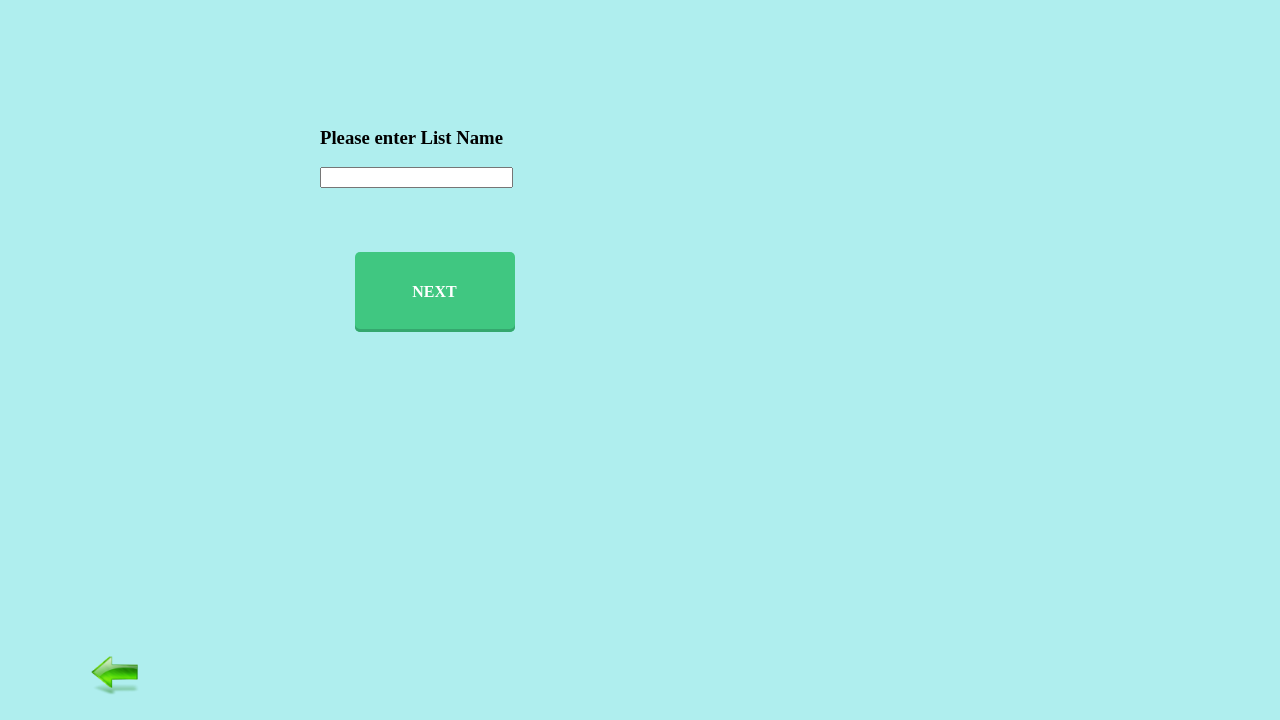
Repository: Artem-Brunov/msu_prac
Page: workspace/BasicUI/NewWithoutTr.html
The author's editor kept a copy of each file at every save. The page is drawn from the files as they stood at one save, then again after the next save.
The browser window is 1280 px wide. The pictures show the whole page.

Above is the page before, as saved 2017-12-26 19:10:44.

### workspace/BasicUI/NewWithoutTr.html
<!DOCTYPE html>
<html>
<head>
  <meta charset="utf-8" />
    <meta name="viewport" content="width=device-width, initial-scale=1.0, maximum-scale=1.0">
    <meta name="description" content="Tizen Mobile Web Basic Template" />

    <title>Tizen Mobile Web Basic Application</title>
    <link rel="stylesheet" type="text/css" href="css/NewPlaylist.css" />
    <link rel="stylesheet" type="text/css" href="css/style.css" />
</head>
<body>
<div class = "listn">
	<form name="test">
  		<h3>Please enter List Name</h3>
  		<p>
   			<input type="text" size="21">
  		</p>
 </div>

 	</form>

	<div class = "Add">
		<a href = "" class = "first_button">NEXT</a>
	</div>
	<div class = "BBack">
			<a href = "NewSettings.html"><img src="images/Back.png" width="50"
  height="50" alt="One step back"></a>
	</div>
</body>
</html>

### workspace/BasicUI/css/NewPlaylist.css
.Return {
	position: absolute;
  	top: 24%;
  	left:50%;

}
.Add {
	position: absolute;
  	top: 35%;
  	left: 27.7%;
}
.listn {
	position: absolute;
  	top: 15%;
  	left: 25%;
}
.BBack{
	position: absolute;
  	top: 90%;
  	left: 7%;
}
.Settings{
	position: absolute;
	left: 18%;
	top: 10%;
 	color: Gray;
}
.take_1{
	position: absolute;
	left: 6%;
	top: 3%;
}
.take_2{
	position: absolute;
	right: 6%;
	top: 3%;
}
.FP{
	position: absolute;
	left: 27.7%;
	top: 60%;
}
.FP_2{
	position: absolute;
	right: 27.7%;
	top: 75%;
}

### workspace/BasicUI/css/style.css
html,
body {
    width: 100%;
    height: 100%;
    margin: 0 auto;
    padding: 0;
    background: PaleTurquoise;
 }
 .titl{

 	position: absolute;
 	left: 25.5%;
 	top: 10%;
 	color: Gray;
 }
 a.first_button {

	display: block;
	width: 160px;
	height: 80px;
  	line-height: 5em;
	border-radius: 5px;
 	background: rgb(64,199,129);
	box-shadow: 0 -3px rgb(53,167,110) inset;
	font-weight: 900;
  	color: white;
  	text-align: center;
  	text-decoration: none;
  	transition: 0.2s;
}
a.first_button:hover { background: rgb(53, 167, 110); }
a.first_button:active {
  background: rgb(33,147,90);
  box-shadow: 0 3px rgb(33,147,90) inset;
}
.New {
	position: absolute;
  	top: 47%;
  	left: 27.7%;

}
.Select {
	position: absolute;
  	top: 64%;
  	left: 27.7%;

}
.FastPlay {
	position: absolute;
  	top: 30%;
  	left: 27.7%;

}

After the next save:
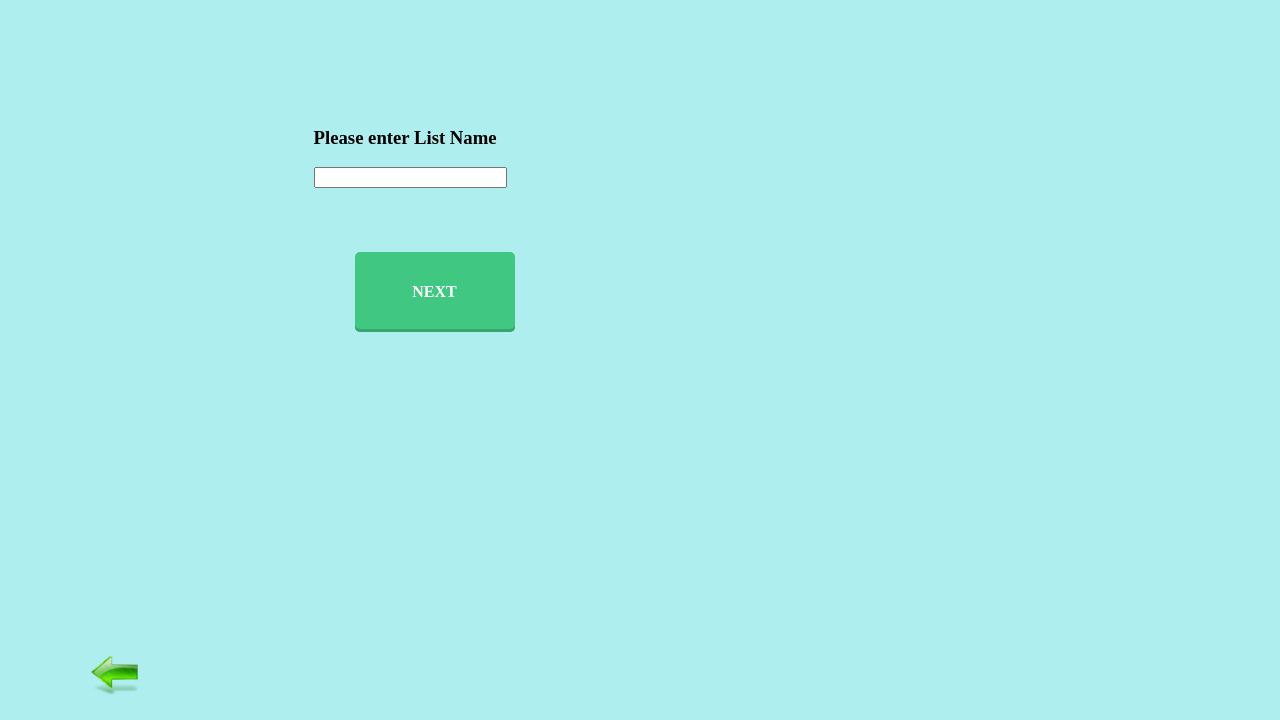
Saved 12 s later.
--- a/workspace/BasicUI/css/NewPlaylist.css
+++ b/workspace/BasicUI/css/NewPlaylist.css
@@ -12,7 +12,7 @@
 .listn {
 	position: absolute;
   	top: 15%;
-  	left: 25%;
+  	left: 24.5%;
 }
 .BBack{
 	position: absolute;
